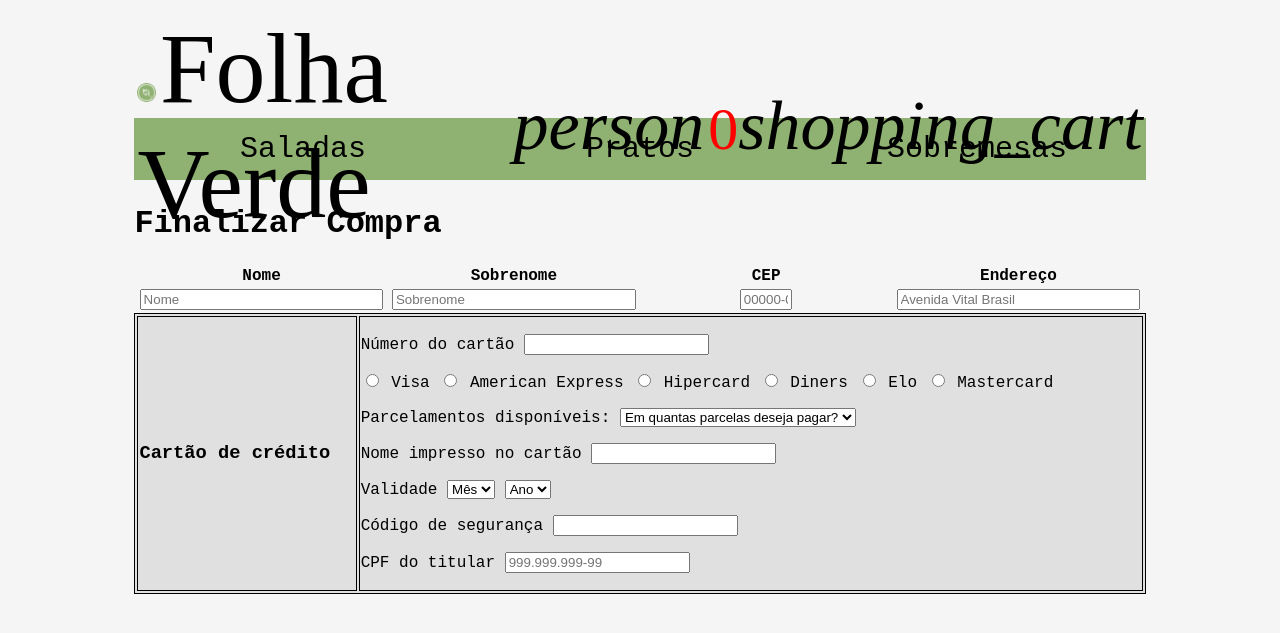
Repository: maaelphd/FolhaVerde
Page: http://localhost/FolhaVerde/Payment.jsp
These files come from the project's save history. The page is drawn as it stood at one moment and after the next save; the edit follows.
The browser window is 1280 px wide. The pictures show the whole page.
Some web fonts or font styles are not loaded; a fallback is used. The page is served by Tomcat 9.

Above is the page before, as saved 2018-06-04 02:29:37.

After the next save:
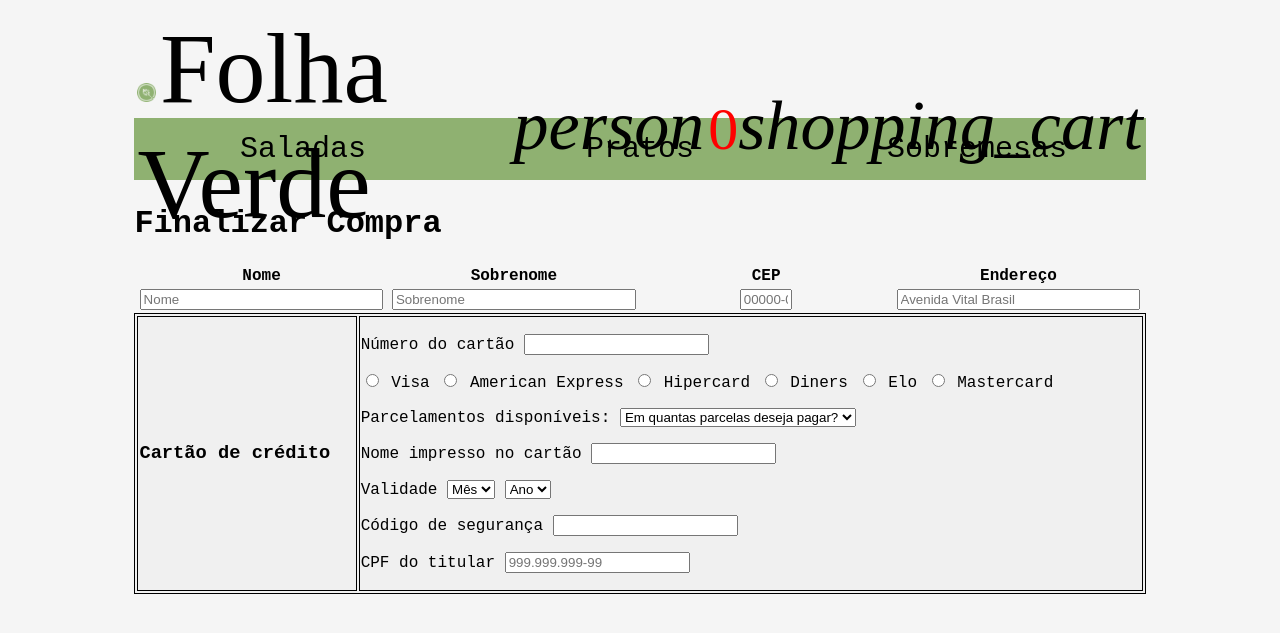
Saved 22 s later.
--- a/FolhaVerde/WebContent/CSS/Payment.css
+++ b/FolhaVerde/WebContent/CSS/Payment.css
@@ -39,7 +39,7 @@ body {
 }
 
 .PaymentsChoiceTable {
-	background-color: #e0e0e0;
+	background-color: #f0f0f0;
 }
 
 .PaymentsChoiceTable,
